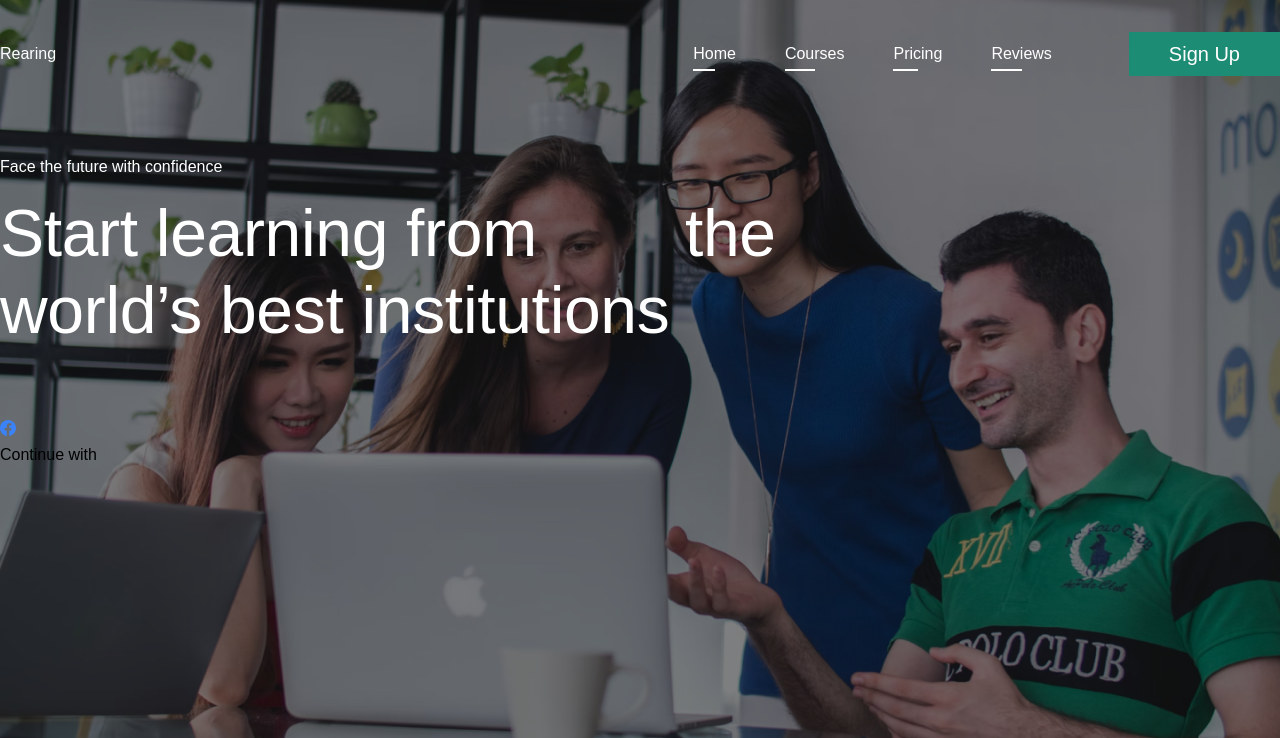
Repository: vandangnhathung/educationplatform
Page: /
The author's editor kept a copy of each file at every save. The page is drawn from the files as they stood at one save, then again after the next save.
The browser window is 1280 px wide. The pictures show the whole page.
The project was rebuilt for these pictures with package versions that can differ from the ones it lists, and the page was loaded fresh each time.

Above is the page before, as saved 2022-06-20 23:24:09.

### src/index.js
import React from "react";
import ReactDOM from "react-dom/client";
import App from "./App";
import reportWebVitals from "./reportWebVitals";
import "./index.css";
const root = ReactDOM.createRoot(document.getElementById("root"));
root.render(
  <React.StrictMode>
    <App />
  </React.StrictMode>
);

// If you want to start measuring performance in your app, pass a function
// to log results (for example: reportWebVitals(console.log))
// or send to an analytics endpoint. Learn more: https://bit.ly/CRA-vitals
reportWebVitals();

### src/App.js
import Header from "./components/Header";

function App() {
  return (
    <>
      <Header></Header>
    </>
  );
}

export default App;

### src/index.css
@tailwind base;
@tailwind components;
@tailwind utilities;
@import url("https://fonts.googleapis.com/css2?family=Urbanist:wght@100;200;300;400;500;600;700;800&display=swap");
*,
*::before,
*::after {
  box-sizing: border-box;
}
* {
  margin: 0;
  padding: 0;
}

html,
body {
  height: 100%;
}
body {
  line-height: 1.5;
  font-family: "Urbanist", sans-serif;
}

img,
picture,
video,
canvas,
svg {
  display: block;
  max-width: 100%;
}
input,
button,
textarea,
select {
  font: inherit;
  outline: none;
}
p,
h1,
h2,
h3,
h4,
h5,
h6 {
  overflow-wrap: break-word;
}

.container {
  max-width: 1280px;
  margin: 0 auto;
  width: 100%;
}

.active {
  position: relative;
}

.active::before {
  content: "";
  display: block;
  position: absolute;
  bottom: -5px;
  width: 50%;
  padding: 1px;
  left: 0;
  background-color: #fff;
}

### src/components/Header.js
import React, { useEffect } from "react";
import headerImg from "../images/Images.png";
import SignInSocial from "./button/SignInSocial";
const Header = () => {
  const headerNav = [
    {
      id: 1,
      title: "Home",
    },
    {
      id: 2,
      title: "Courses",
    },
    {
      id: 3,
      title: "Pricing",
    },
    {
      id: 4,
      title: "Reviews",
    },
  ];
  return (
    <header>
      <div className="relative">
        <img src={headerImg} alt="header_img" className="w-full" />
        <div className="absolute inset-0 bg-black opacity-50"></div>
        <div class="absolute top-0  left-0 right-0 ">
          <div class="container">
            <div className="pt-8 mb-[79px] header-top text-white flex items-center justify-between">
              <h1 className="">Rearing</h1>
              <div className="flex items-center">
                <nav className="mr-[77px]">
                  <ul className="flex items-center  gap-x-[49px] ">
                    {headerNav.map((item) => (
                      <li className="active cursor-pointer" key={item.id}>
                        {item.title}
                      </li>
                    ))}
                  </ul>
                </nav>
                <button className="py-2 px-10 bg-[#1D8C74] text-white text-xl ">
                  Sign Up
                </button>
              </div>
            </div>

            <div className="slogan text-white mb-[70px]">
              <h3 className="text-base mb-4">
                Face the future with confidence
              </h3>
              <h1 className="desc max-w-[777px] text-[66px] leading-[77px] w-full tracking-[-0.02rem] font-medium">
                Start learning from{" "}
                <span className="inline-block mr-28 "></span>{" "}
                <p className="inline-block">the</p> world’s best institutions
              </h1>
            </div>

            <div className="signup">
              <SignInSocial></SignInSocial>
            </div>
          </div>
        </div>
      </div>
    </header>
  );
};

export default Header;

### src/components/button/SignInSocial.js
import React from "react";
import styled from "styled-components";
import { BsFacebook } from "react-icons/bs";

const SignInSocialStyles = styled.div``;
const SignInSocial = ({ name = "", icon = <BsFacebook></BsFacebook> }) => {
  return (
    <SignInSocialStyles>
      <span className="inline-block text-blue-500">{icon}</span>
      <p className="">Continue with {name}</p>
    </SignInSocialStyles>
  );
};

export default SignInSocial;

Loaded but not shown: public/index.html (common file); src/reportWebVitals.js (common file); tailwind.config.js (common file)

After the next save:
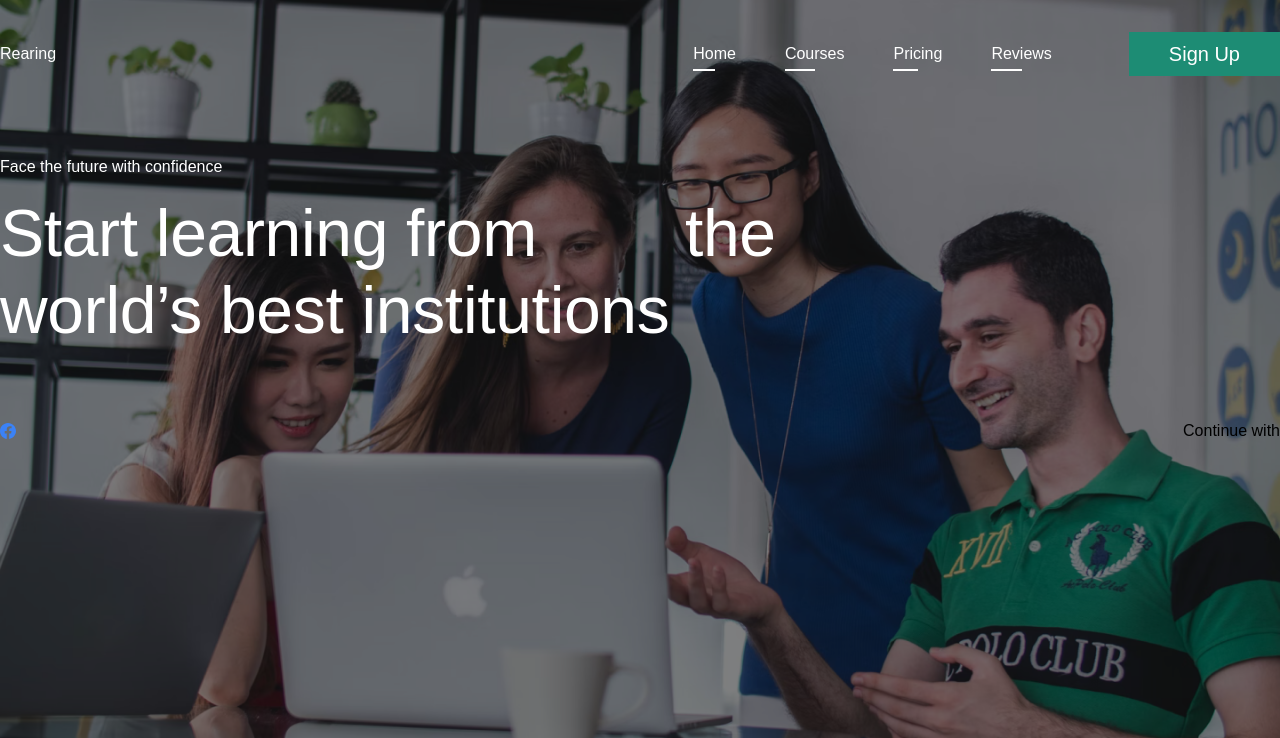
Saved 16 s later.
--- a/src/components/button/SignInSocial.js
+++ b/src/components/button/SignInSocial.js
@@ -2,7 +2,11 @@ import React from "react";
 import styled from "styled-components";
 import { BsFacebook } from "react-icons/bs";
 
-const SignInSocialStyles = styled.div``;
+const SignInSocialStyles = styled.div`
+  display: flex;
+  justify-content: space-between;
+  align-items: center;
+`;
 const SignInSocial = ({ name = "", icon = <BsFacebook></BsFacebook> }) => {
   return (
     <SignInSocialStyles>
